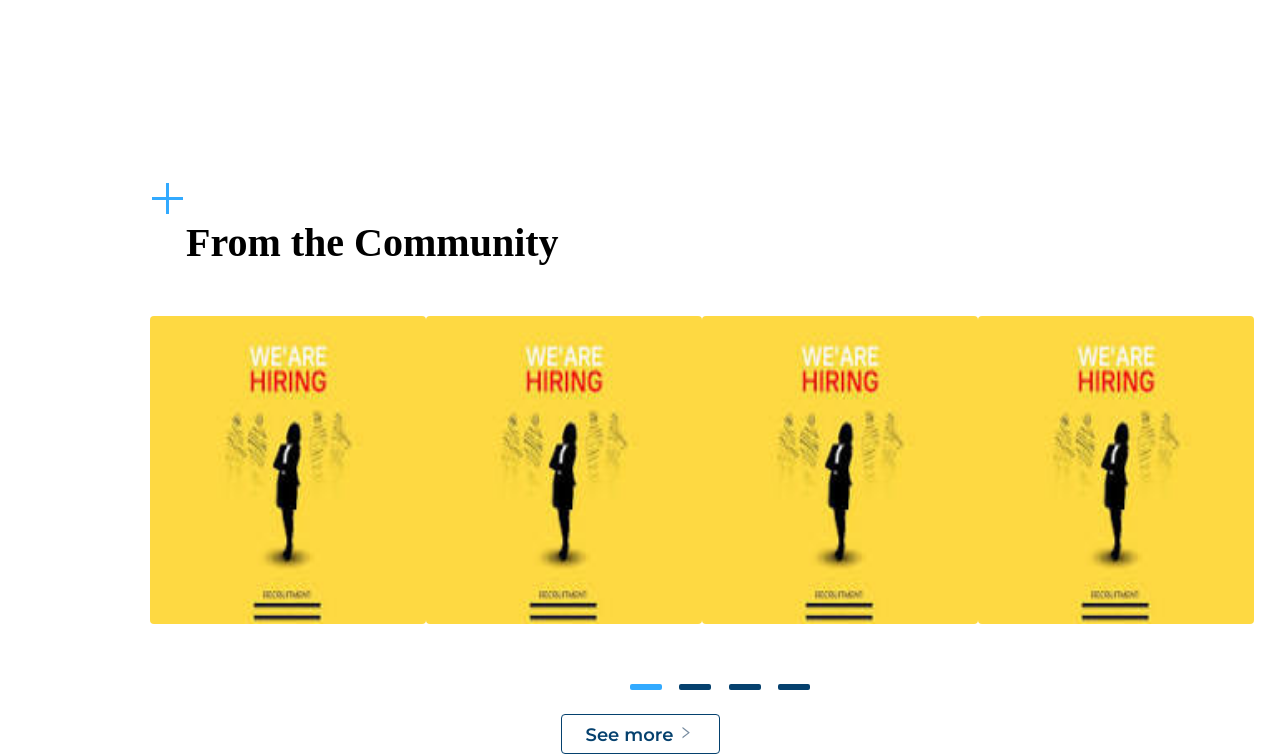
Repository: shekharyadav638/OSL_Assignment_1
Page: index.html
These files come from the project's save history. The page is drawn as it stood at one moment and after the next save; the edit follows.
The browser window is 1280 px wide. The pictures show the whole page.
The style sheet was rebuilt from its Sass, Less or Tailwind sources for each picture, by a compiler version that may differ from the author's.

Above is the page before, as saved 2024-07-14 08:41:09.

After the next save:
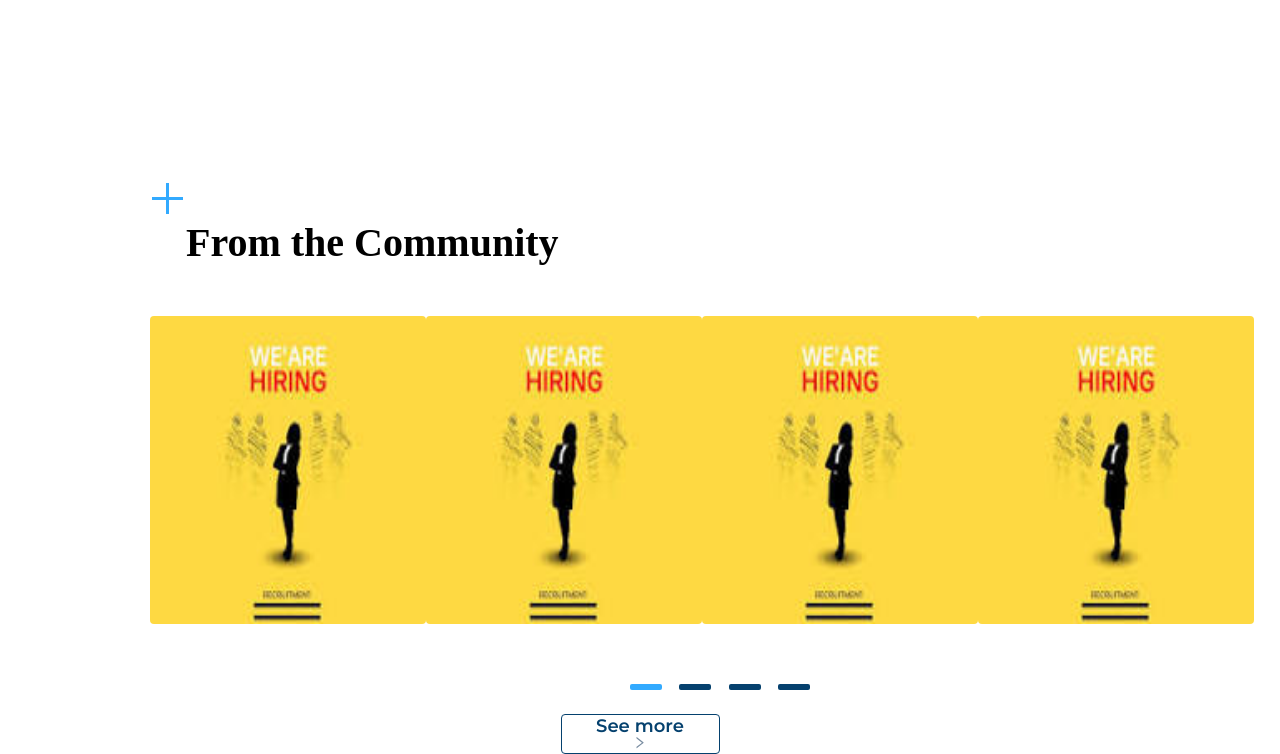
Saved 106 s later.
--- a/index.html
+++ b/index.html
@@ -96,8 +96,10 @@
         </div>
         <div class="hiring_footer_btn">
           <button>
-            See more
-            <span><img src="img/right_arrow.svg" alt="arrow" /></span>
+            <div class="hiring_footer_btn_text">See more</div>
+            <div class="hiring_footer_btn_icon">
+              <img src="img/right_arrow.svg" alt="arrow" />
+            </div>
           </button>
         </div>
       </div>
